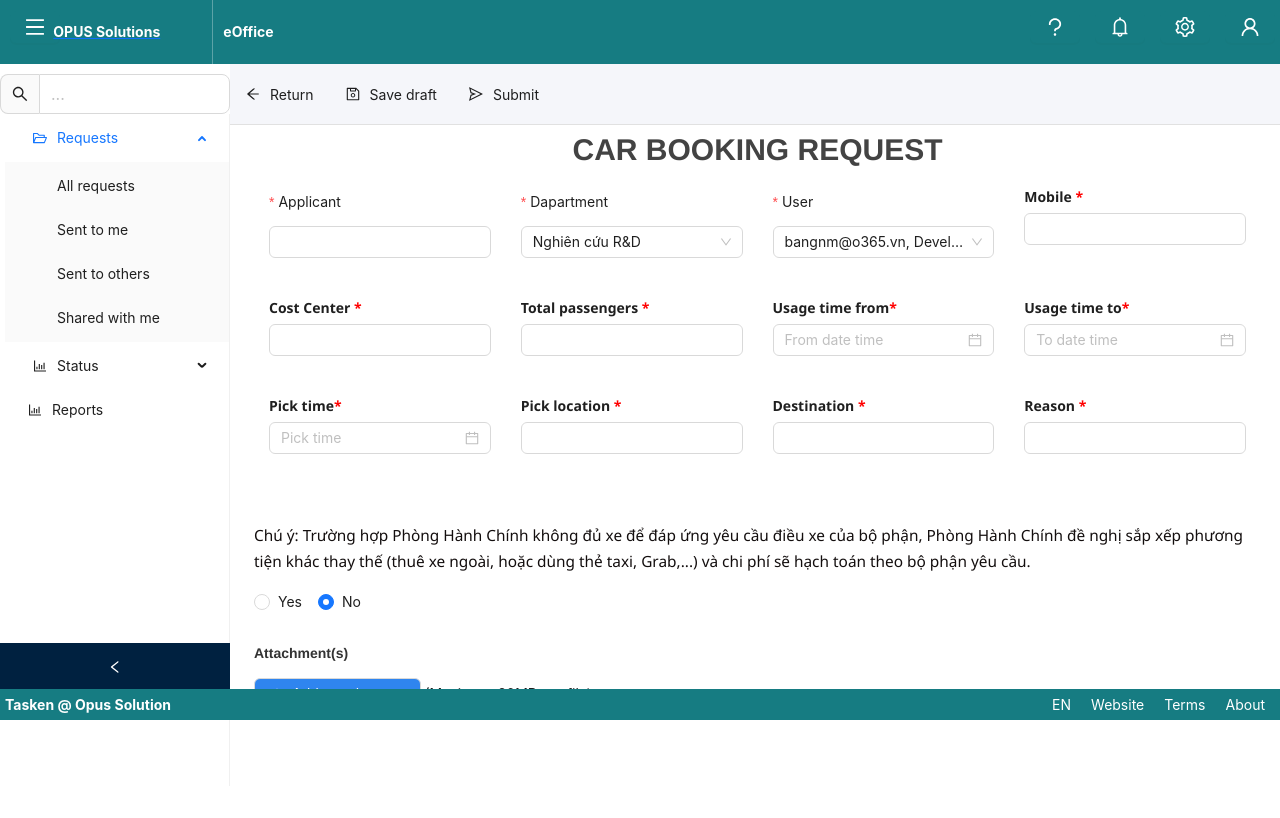
Repository: vannam272008/car-booking
Page: /request/addrequest
An editor plug-in stored every save of this project. The page is shown before and after the next save, followed by the edit.
The browser window is 1280 px wide. The pictures show the whole page.
The project was rebuilt for these pictures with package versions that can differ from the ones it lists, and the page was loaded fresh each time. Also part of the build but not shown: src/Components/DetailRequest/Comments/comment.tsx, src/Components/DetailRequest/Menu/menu.tsx, src/Components/DetailRequest/Detail/detail.tsx, src/Pages/ManageRequest/index.css, src/Pages/ManageRequest/ManageRequest.tsx, src/Components/AddRequest/AddRequest/addRequest.css. Imported but missing from the stored project, and not drawn on this page: src/Pages/Home.

Above is the page before, as saved 2023-07-06 17:22:38.

After the next save:
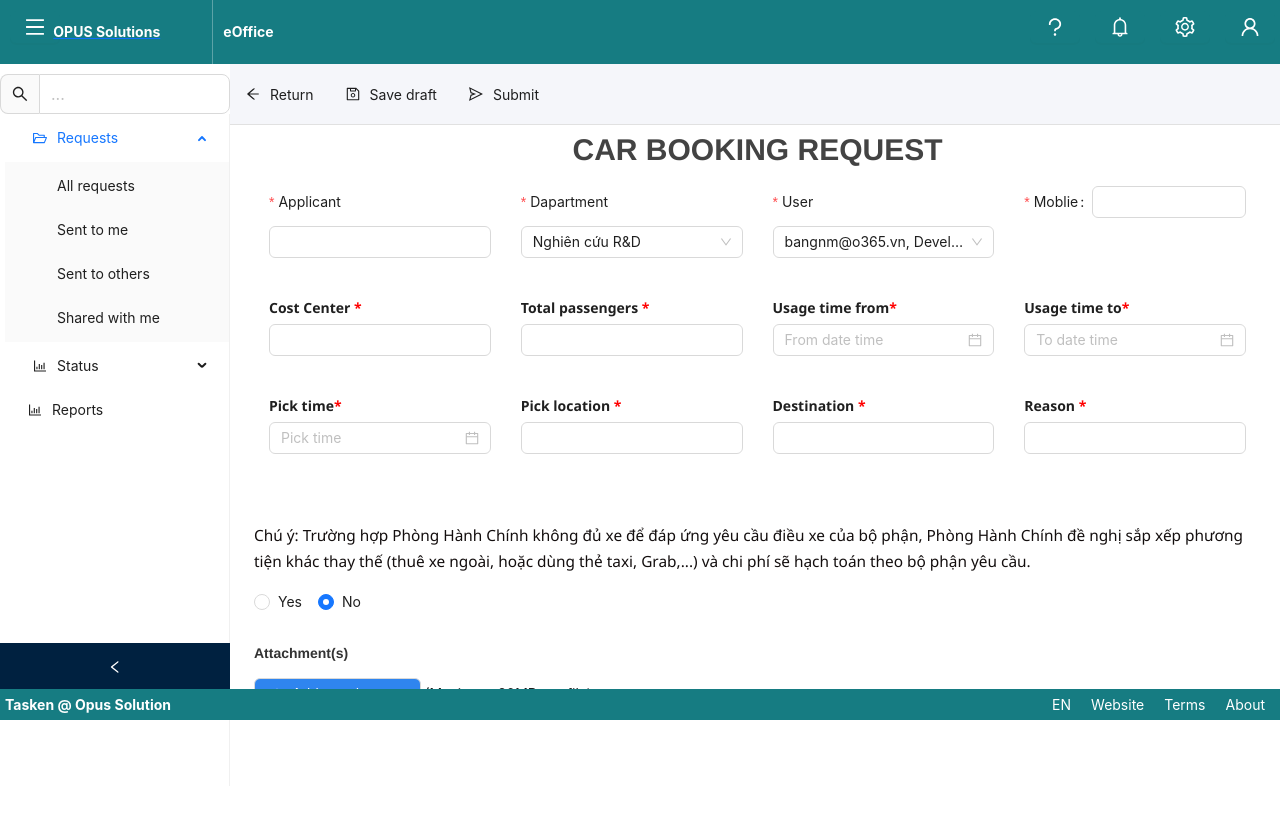
Saved 73 s later.
--- a/src/Components/AddRequest/AddRequest/index.tsx
+++ b/src/Components/AddRequest/AddRequest/index.tsx
@@ -88,8 +88,8 @@ function AddRequest(): JSX.Element {
                                             </Form.Item>
                                         </Col>
                                         <Col span={6} className='col-request'>
-                                            <label>Mobile <span className='required'>*</span></label>
-                                            <Form.Item
+                                            <Form.Item
+                                                label="Moblie"
                                                 name="Mobile"
                                                 rules={[
                                                     {
